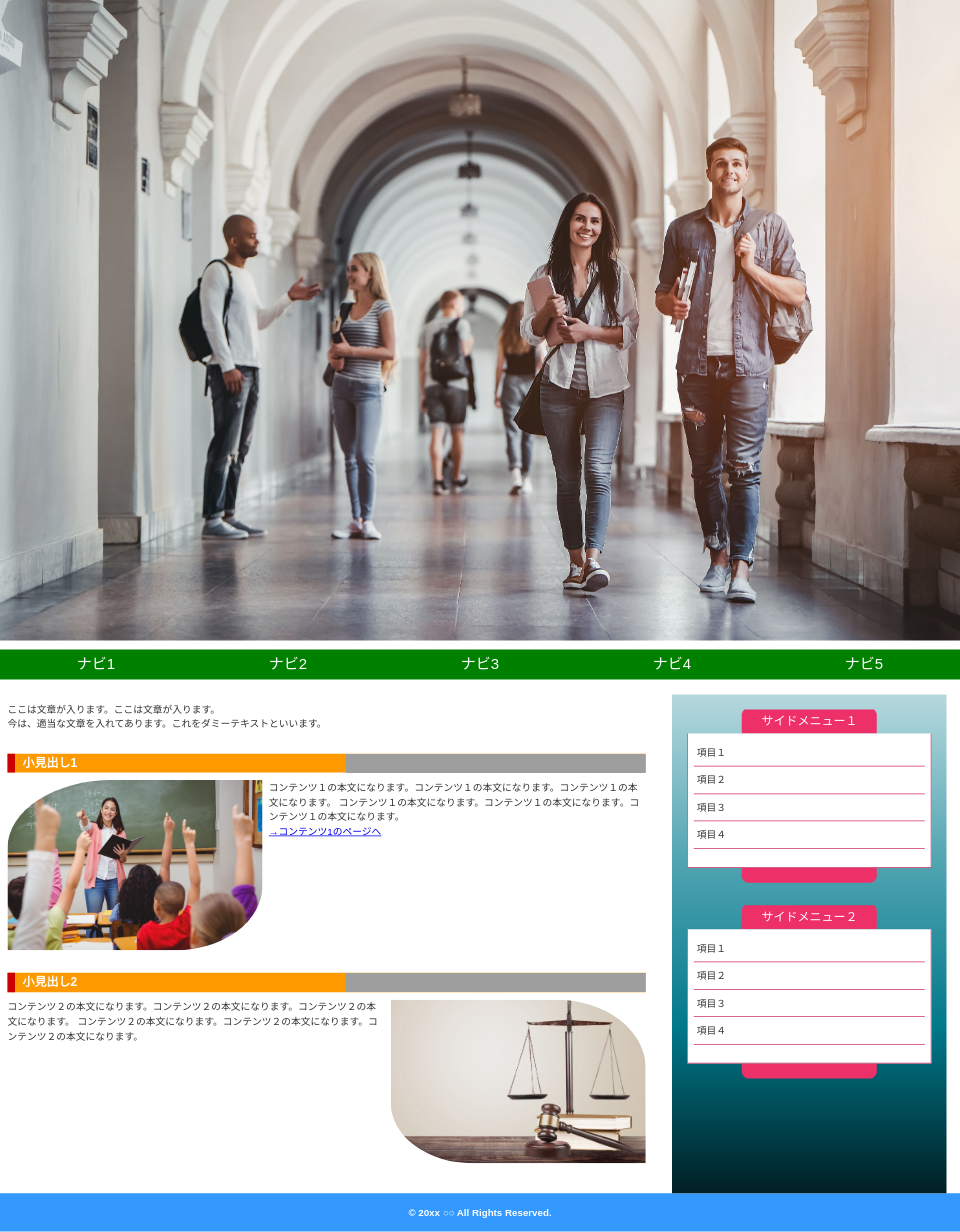
Repository: noritag/samurai_HTML-CSS
Page: home.html
The author's editor kept a record of every edit. The page is drawn from the files as they stood at one moment, then again after the next edit.
The browser window is 1280 px wide. The pictures show the whole page, at 75% of full size.
Pictures or frames that could not be fetched are drawn as grey boxes.

Above is the page before.

After the next edit:
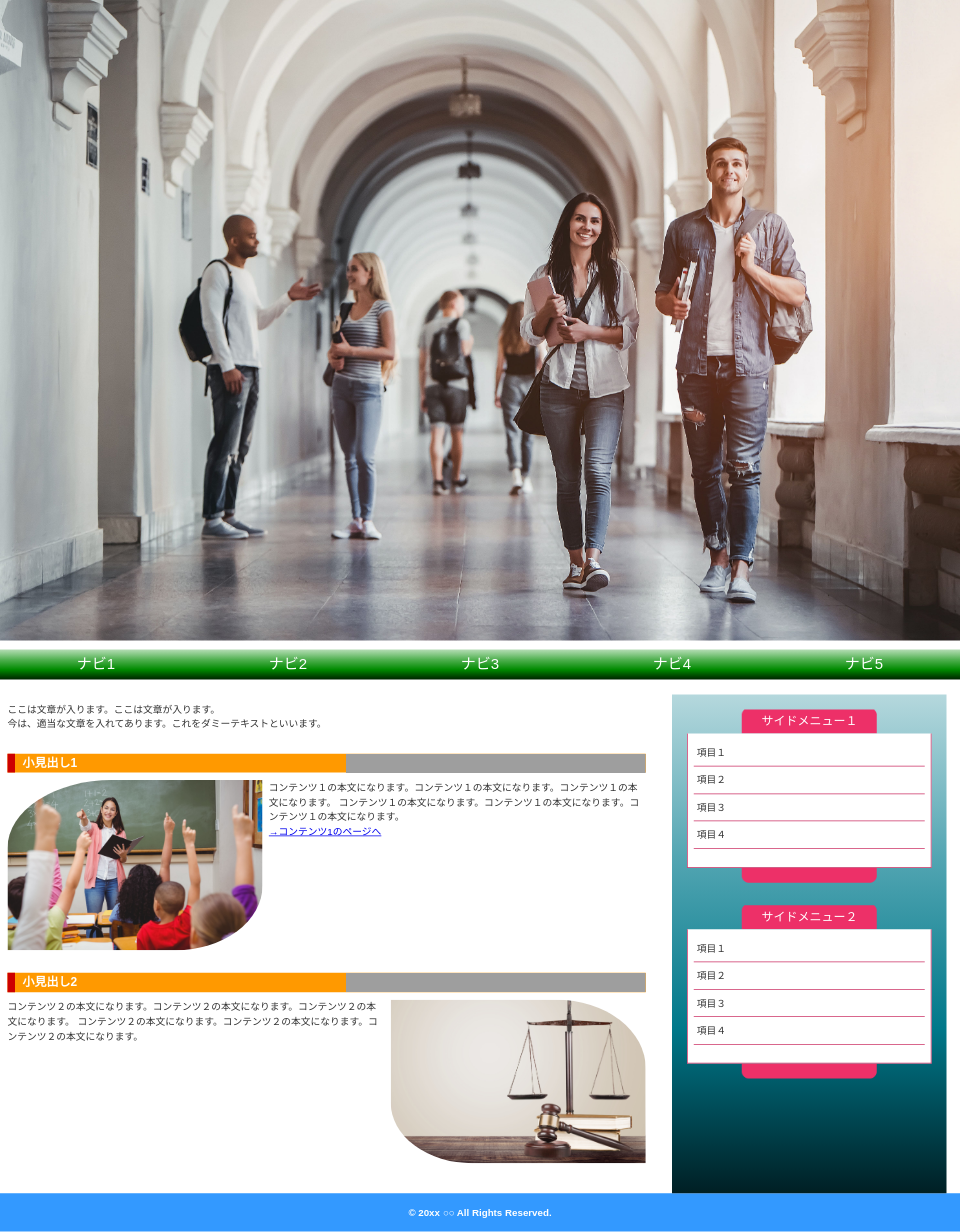
The edit:
--- a/stylesheet.css
+++ b/stylesheet.css
@@ -72,6 +72,11 @@
     font-size: 20px;
     text-decoration: none;
     background-color: green;
+    background: rgb(180,221,180); /* Old browsers */
+background: -moz-linear-gradient(top, rgba(180,221,180,1) 0%, rgba(131,199,131,1) 17%, rgba(82,177,82,1) 33%, rgba(0,138,0,1) 67%, rgba(0,87,0,1) 83%, rgba(0,36,0,1) 100%); /* FF3.6-15 */
+background: -webkit-linear-gradient(top, rgba(180,221,180,1) 0%,rgba(131,199,131,1) 17%,rgba(82,177,82,1) 33%,rgba(0,138,0,1) 67%,rgba(0,87,0,1) 83%,rgba(0,36,0,1) 100%); /* Chrome10-25,Safari5.1-6 */
+background: linear-gradient(to bottom, rgba(180,221,180,1) 0%,rgba(131,199,131,1) 17%,rgba(82,177,82,1) 33%,rgba(0,138,0,1) 67%,rgba(0,87,0,1) 83%,rgba(0,36,0,1) 100%); /* W3C, IE10+, FF16+, Chrome26+, Opera12+, Safari7+ */
+filter: progid:DXImageTransform.Microsoft.gradient( startColorstr='#b4ddb4', endColorstr='#002400',GradientType=0 ); /* IE6-9 */
 }
 
 #nav ul li a:hover {
